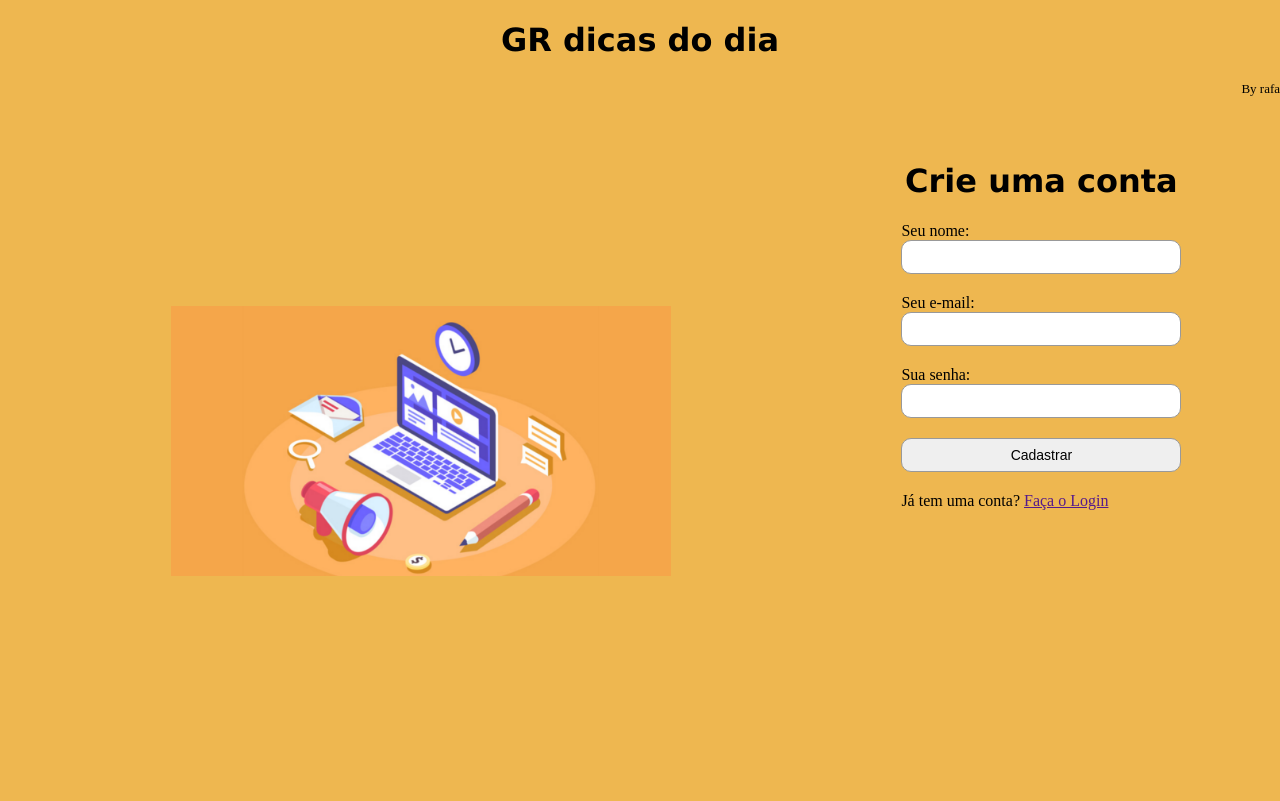
Repository: rafavirginio/tela-de-login
Page: index.html
The author's editor kept a copy of each file at every save. The page is drawn from the files as they stood at one save, then again after the next save.
The browser window is 1280 px wide. The pictures show the whole page.

Above is the page before, as saved 2020-09-17 19:04:07.

### index.html
<!DOCTYPE html>
<html lang="en">

<head>
    <meta charset="UTF-8">
    <meta name="viewport" content="width=device-width, initial-scale=1.0">
    <title> Validador de Formulário </title>
    <link rel="stylesheet" href="style.css" />
    <h1>GR dicas do dia</h1>

</head>

<body>


    <div class="screen">
        <div class="leftside">
            <img src="imgGR.png" alt ""/>

        </div>
        <div class="rightside">
            <h1>Crie uma conta</h1>

            <form method="POST" action="cadastro.php" class="grValidator">


                <label>
                Seu nome: <br/>
                <input type="text" name="name" data-rules="required|min=2" />
            </label>
                <label>
                Seu e-mail: <br/>
                <input type="text" name="email" data-rules="required|email" />
            </label>
                <label>
                Sua senha: <br/>
                <input type="password" name="password"data-rules="required|min=4" />
                </label>
                <label>
                <input type="submit" value="Cadastrar" />
                </label>
            </form>
            <div>
                Já tem uma conta? <a href=""> Faça o Login</a>
            </div>
        </div>
        <span>By rafa</span>

        <script src="script.js"></script>
</body>

</html>

### style.css
* {
    box-sizing: border-box;
}

h1 {
    font-family: 'Lucida Sans', 'Lucida Sans Regular', 'Lucida Grande', 'Lucida Sans Unicode', Geneva, Verdana, sans-serif;
    display: flex;
    justify-content: center;
}

body {
    background-color: rgb(238, 183, 80);
    margin: 0;
}

.screen {
    display: flex;
    height: 100vh;
    flex-wrap: wrap;
}

.leftside {
    flex: 1;
    display: flex;
    justify-content: center;
    align-items: center;
}

.leftside img {
    max-width: 500px;
    height: auto;
}

.rightside {
    width: 400px;
    background-color: rgb(238, 183, 80);
    padding: 60px;
}

span {
    font-size: 13px;
    justify-content: right, end;
}

.rightside label {
    display: block;
    margin-bottom: 20px;
}

.rightside input {
    width: 100%;
    border: 1px solid #999;
    border-radius: 10px;
    padding: 8px;
    font-size: 14px;
    outline: 0;
}

.error {
    font-size: 11px;
    background-color: orangered;
    color: #FFF;
    padding: 4px;
    border-radius: 5px;
}

### script.js
let grValidator = {
    handleSubmit: (event) => {
        event.preventDefault();
        let send = true;

        let inputs = form.querySelectorAll('input');

        grValidator.clearErrors();

        for (let i = 0; i < inputs.length; i++) {
            let input = inputs[i];
            let check = grValidator.checkInput(input);
            if (check !== true) {
                send = false;
                grValidator.showError(input, check);
            }
        }

        if (send) {
            form.submit();
        }
    },
    checkInput: (input) => {
        let rules = input.getAttribute('data-rules');

        if (rules !== null) {
            rules = rules.split('|');
            for (let k in rules) {
                let rDetails = rules[k].split('=');
                switch (rDetails[0]) {
                    case 'required':
                        if (input.value == '') {
                            return 'Este campo é obrigatório.';
                        }
                        break;
                    case 'min':
                        if (input.value.length < rDetails[1]) {
                            return 'Campo deve conter pelo menos ' + rDetails[1] + ' caracteres';
                        }
                        break;
                    case 'email':
                        if (input.value != '') {
                            //validação email
                            let regex = /^(([^<>()\[\]\\.,;:\s@"]+(\.[^<>()\[\]\\.,;:\s@"]+)*)|(".+"))@((\[[0-9]{1,3}\.[0-9]{1,3}\.[0-9]{1,3}\.[0-9]{1,3}])|(([a-zA-Z\-0-9]+\.)+[a-zA-Z]{2,}))$/;
                            if (!regex.test(input.value.toLowerCase())) {
                                return 'E-mail digitado não é válido!';
                            }

                        }
                        break;
                }
            }
        }

        return true;
    },

    showError: (input, error) => {
        input.style.borderColor = '#FF0000';

        let errorElement = document.createElement('div');
        errorElement.classList.add('error');
        errorElement.innerHTML = error;

        input.parentElement.insertBefore(errorElement, input.ElementSibling)
    },
    clearErrors: () => {
        let inputs = form.querySelectorAll('input');
        for (let i = 0; i < inputs.length; i++) {
            inputs[i].style = '';
        }
        let errorElements = document.querySelectorAll('.error');
        for (let i = 0; i < errorElements.length; i++) {
            errorElements[i].remove();

        }
    }
};
let form = document.querySelector('.grValidator');
form.addEventListener('submit', grValidator.handleSubmit);

After the next save:
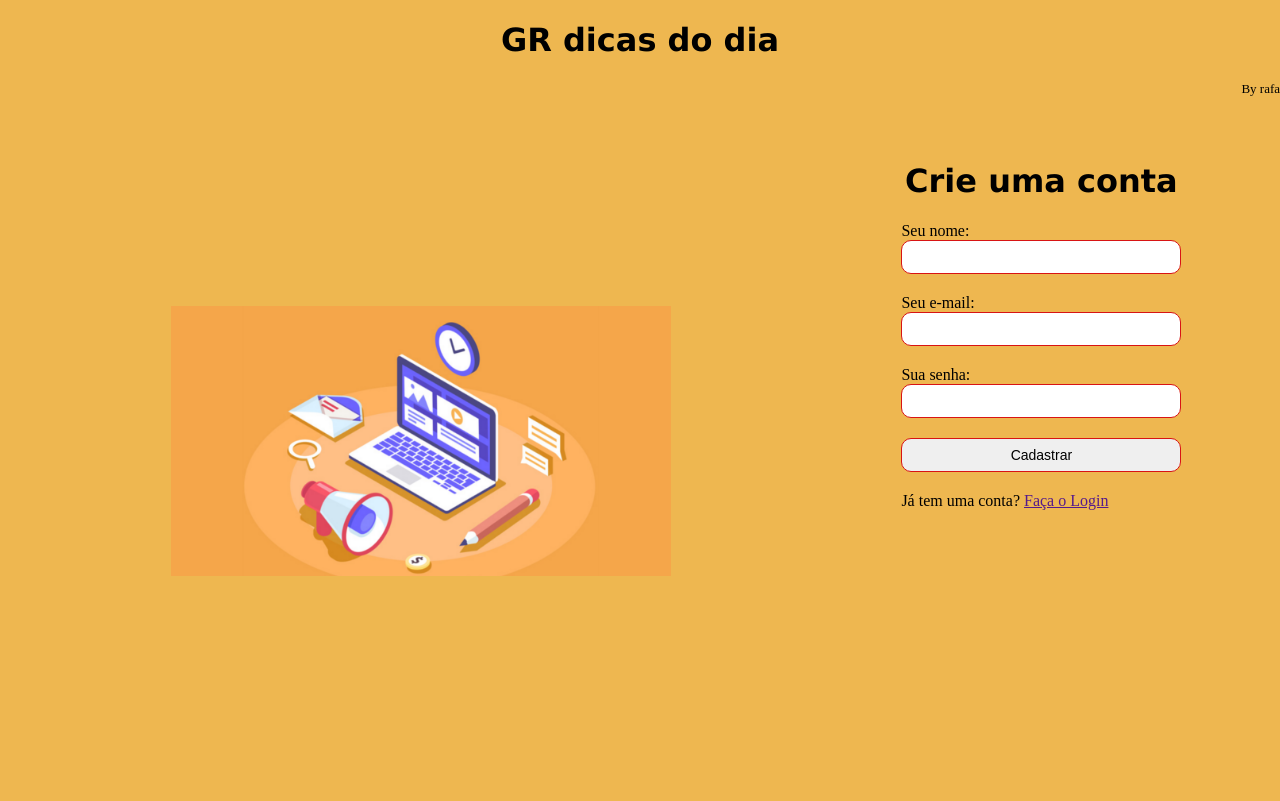
Saved 22 s later.
--- a/style.css
+++ b/style.css
@@ -49,7 +49,7 @@
 
 .rightside input {
     width: 100%;
-    border: 1px solid #999;
+    border: 1px solid rgb(216, 20, 20);
     border-radius: 10px;
     padding: 8px;
     font-size: 14px;

After the save that followed:
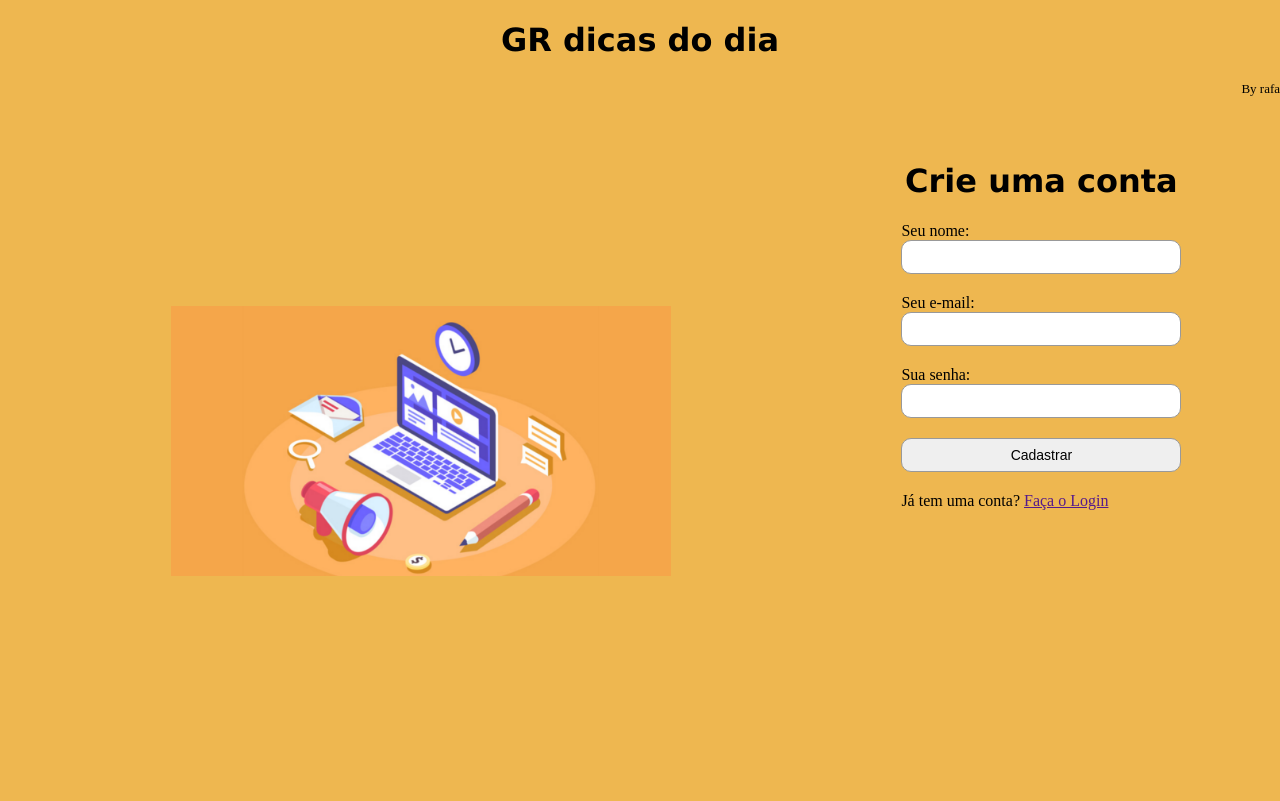
Saved 8 s later.
--- a/style.css
+++ b/style.css
@@ -49,7 +49,7 @@
 
 .rightside input {
     width: 100%;
-    border: 1px solid rgb(216, 20, 20);
+    border: 1px solid #999;
     border-radius: 10px;
     padding: 8px;
     font-size: 14px;
